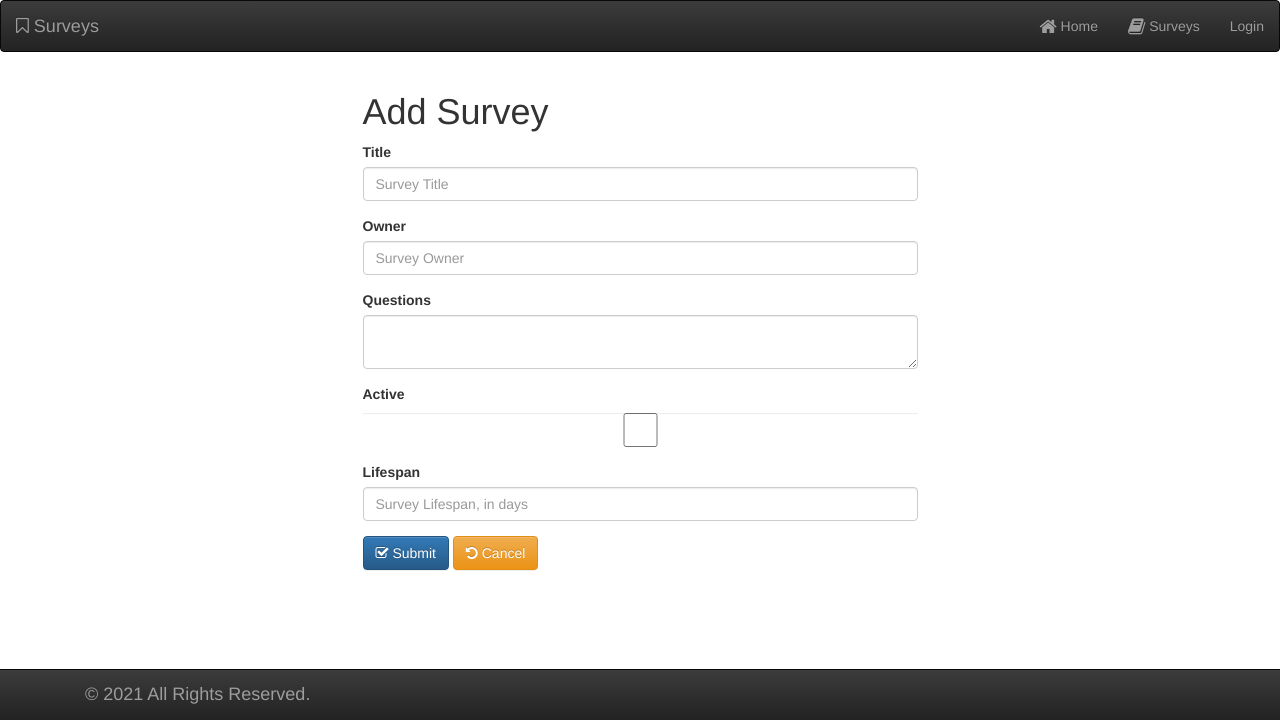
Repository: kelvinongtoronto/modern-survey
Page: http://localhost/surveys/add
These files come from the project's save history. The page is drawn as it stood at one moment and after the next save; the edit follows.
The browser window is 1280 px wide. The pictures show the whole page.
The page is served by the project's Node server (server.js).

Above is the page before, as saved 2021-07-23 10:49:50.

After the next save:
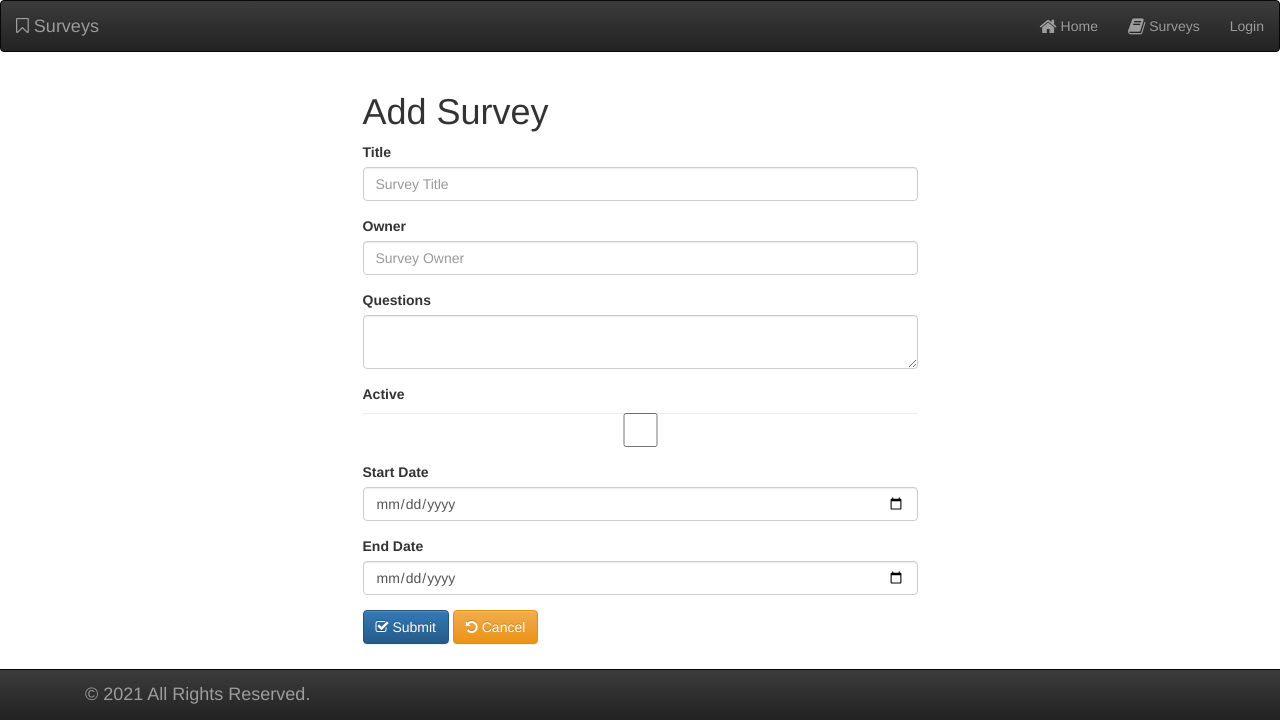
Saved 1 s later.
--- a/server/views/surveys/details.ejs
+++ b/server/views/surveys/details.ejs
@@ -32,11 +32,15 @@
                 name="active" <%= surveys.Active ? "checked" : "" %>>
               </div>
               <div class="form-group">
-                <label for="LifespanTextField">Lifespan</label>
-                <input type="text" class="form-control" id="LifespanTextField"
-                placeholder="Survey Lifespan, in days" name="lifespan" value="<%= surveys.Lifespan %>"  required>
+                <label for="StartDatePicker">Start Date</label>
+                <input type="date" class="form-control" id="StartDatePicker" name="startdate"
+                  value="<%= surveys.StartDate %>" min="2020-01-01" max="2099-12-31">
               </div>
-
+              <div class="form-group">
+                <label for="EndDatePicker">End Date</label>
+                <input type="date" class="form-control" id="EndDatePicker" name="enddate"
+                  value="<%= surveys.EndDate %>" min="2020-01-01" max="2099-12-31">
+              </div>
               <button type="submit" class="btn btn-primary"><i class="fa fa-check-square-o"></i> Submit</button>
               <a href="/surveys" class="btn btn-warning"><i class="fa fa-undo"></i> Cancel</a>
             </form>
